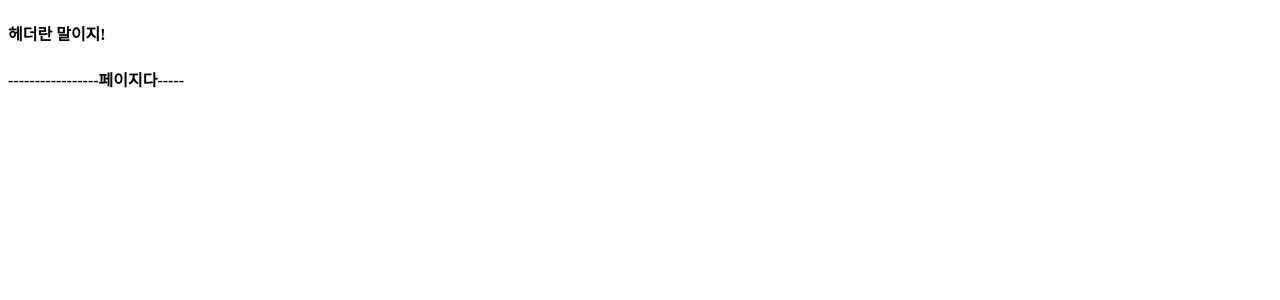
Repository: H-hyeonje/jsp
Page: http://localhost/jsbook/3_9
The author's editor kept a copy of each file at every save. The page is drawn from the files as they stood at one save, then again after the next save.
The browser window is 1280 px wide. The pictures show the whole page.
The page is served by Tomcat 10.

Above is the page before, as saved 2024-10-08 06:49:47.

After the next save:
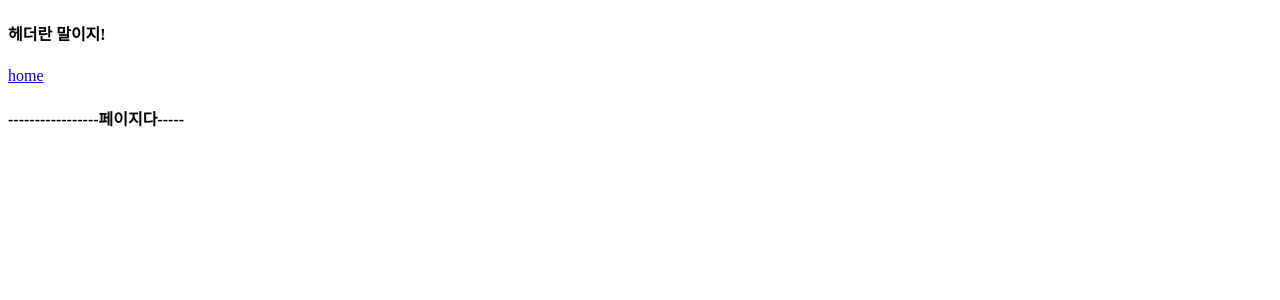
Saved 47 s later.
--- a/jsbook/src/main/webapp/chapter3/header.jsp
+++ b/jsbook/src/main/webapp/chapter3/header.jsp
@@ -8,5 +8,6 @@
 </head>
 <body>
 	<h4>헤더란 말이지!</h4>
+	<a href="home">home</a>
 </body>
 </html>
